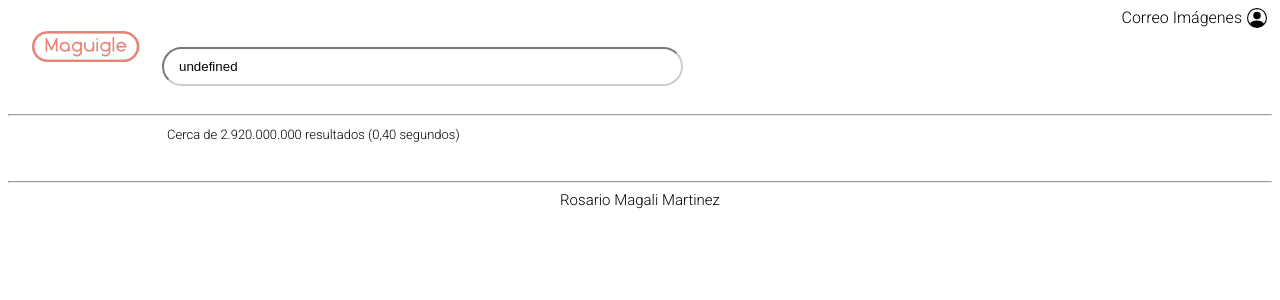
Repository: Rmmartinez/maguigle
Page: maguigle/src/main/resources/static/resultados.html
These files come from the project's save history. The page is drawn as it stood at one moment and after the next save; the edit follows.
The browser window is 1280 px wide. The pictures show the whole page.
The page's requests for data from a server got no answer.

Above is the page before, as saved 2023-07-30 20:06:47.

After the next save:
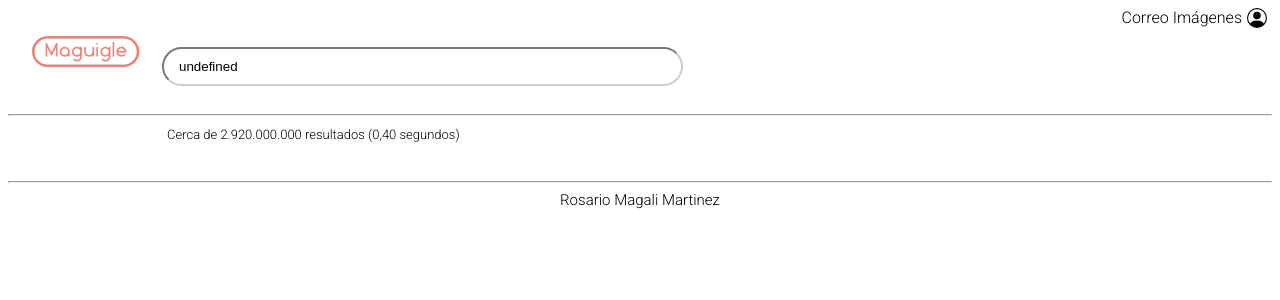
Saved 58 s later.
--- a/maguigle/src/main/resources/static/style.css
+++ b/maguigle/src/main/resources/static/style.css
@@ -23,7 +23,7 @@
     width:110px;
     position: absolute;
     left: 30px;
-    top: 27.5px;
+    top: 33px;
 }
 
 .buscador{
